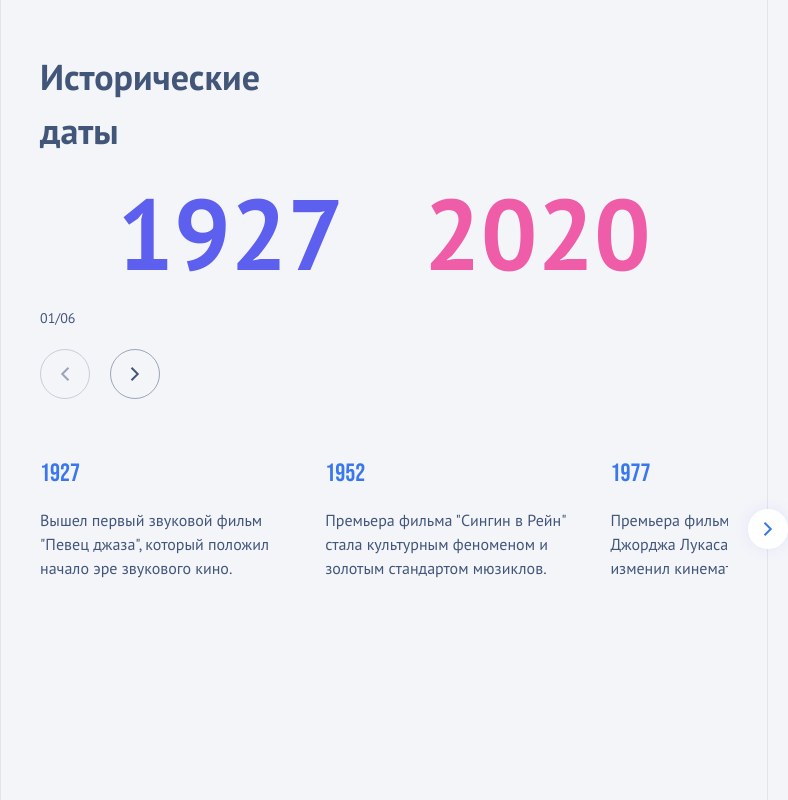
Repository: LenarTulupov/only
Page: /
These files come from the project's save history. The page is drawn as it stood at one moment and after the next save; the edit follows.
The browser window is 768 px wide. The page is 788 px wide, so the pictures cover 788 px, including what lies to the right of the window. The pictures show the whole page.
The project was rebuilt for these pictures with package versions that can differ from the ones it lists, and the page was loaded fresh each time.

Above is the page before, as saved 2024-12-19 02:11:05.

### public/index.html
<!DOCTYPE html>
<html lang="en">
  <head>
    <meta charset="utf-8" />
    <link rel="icon" href="%PUBLIC_URL%/favicon.ico" />
    <meta name="viewport" content="width=device-width, initial-scale=1" />
    <meta name="theme-color" content="#000000" />
    <meta
      name="description"
      content="Web site created using create-react-app"
    />
    <link rel="apple-touch-icon" href="%PUBLIC_URL%/logo192.png" />
    <link rel="manifest" href="%PUBLIC_URL%/manifest.json" />
    <title>Only Test</title>
  </head>
  <body>
    <noscript>You need to enable JavaScript to run this app.</noscript>
    <div id="root"></div>
  </body>
</html>

### src/index.tsx
import React from 'react';
import ReactDOM from 'react-dom/client';
import Router from './router/router';
import './globals.scss'

const root = ReactDOM.createRoot(
  document.getElementById('root') as HTMLElement
);
root.render(
  <React.StrictMode>
    <Router />
  </React.StrictMode>
);

### src/router/router.tsx
import { BrowserRouter, Route, Routes } from "react-router-dom";
import HomePage from "../pages/home/page";
import PagesLayout from "../layouts/pages-layout";

export default function Router() {
  return (
    <BrowserRouter>
      <Routes>
        <Route element={<PagesLayout />}>
          <Route path="/" element={<HomePage />} />
        </Route>
      </Routes>
    </BrowserRouter>
  )
};

### src/globals.scss
@import url('https://fonts.googleapis.com/css2?family=Bebas+Neue&family=PT+Sans:wght@400;700&display=swap');

:root {
  --background-color: #F4F5F9;
  --main-color: #42567a;
  --main-color-rgba: rgba(66, 86, 122, 0.5);
  --accent-color: #5D5FEF;
  --light-accent-color: #3877EE;
  --accent-second: #EF5DA8;
  --font-main: "PT Sans", serif;
  --font-second: "Bebas Neue", serif;
  --line-height: 150%;
  --font-size-main: 56px;
  --font-size-small: 14px;
  --font-size-big: 200px;
}
body {
  margin: 0;
  padding: 0;
  background-color: var(--background-color);
  color: var(--black-color);
  font-family: var(--font-main);
  line-height: var(--line-height);
}
ul {
  padding: 0;
  margin: 0;
}

li {
  list-style-type: none;
}

a {
  color: var(--black-color);
  text-decoration: none;
}

h1 {
  margin: 0;
}

### src/pages/home/page.tsx
import Container from "../../components/ui/container/container";
import Divider from "../../components/ui/divider/divider";
import HistorySection from "./history/history";
import styles from './page.module.scss';

export default function HomePage() {
  return (
    <div className={styles['home-page']}>
      <Container>
        <div className={styles['home-page__wrapper']}>
          <Divider
            position="vertical"
            className={styles.divider_vertical}
          />
          <HistorySection />
        </div>
      </Container>
    </div>
  )
};

### src/layouts/pages-layout.tsx
import { Outlet } from 'react-router-dom';
import styles from './pages-layout.module.scss';

export default function PagesLayout() {
  return (
    <div className={styles['pages-layout']}>
      <Outlet />
    </div>
  )
};

### src/components/ui/container/container.tsx
import { ReactNode } from "react"
import styles from './container.module.scss';

interface IContainer {
  children: ReactNode;
}

export default function Container({ children }: IContainer) {
  return (
    <div className={styles.container}>
      {children}
    </div>
  )
};

### src/components/ui/divider/divider.tsx
import styles from './divider.module.scss';

interface IDivider {
  position?: 'horizontal' | 'vertical';
  className?: string;
}

export default function Divider({
  position = 'horizontal', className }: IDivider) {
  return <div className={`
    ${styles.divider}
    ${styles[`divider_${position}`]}
    ${className || ''}
  `}/>
};

### src/pages/home/history/history.tsx
import { useState } from "react";
import Title from "../../../components/ui/title/title";
import { circleItems } from "../../../constants/circle-items";
import Circle from "./circle/circle";
import styles from './history.module.scss';
import StepNavigation from "./step-navigation/step-navigation";
import ContentContainer from "../../../components/ui/content-container/content-container";
import Divider from "../../../components/ui/divider/divider";
import Dates from "./dates/dates";
import HistorySlider from "./history-slider/history-slider";

export default function HistorySection() {
  const [activeButton, setActiveButton] = useState<number>(1);
  const activeCategory = circleItems.find((item) => item.id === activeButton);
  const firstDate = activeCategory?.events[0]?.year;
  const lastDate = activeCategory?.events.at(-1)?.year;
  return (
    <section className={styles.history}>
      <Title className={styles.history__title} showBefore>
        Исторические даты
      </Title>
      <div className={styles['history__circle-wrapper']}>
        <Circle
          className={styles.history__circle}
          activeButton={activeButton}
          setActiveButton={setActiveButton}
        />
        <Divider
          position="horizontal"
          className={styles['history__line-center']}
        />
        <Dates
          className={styles.history__dates}
          firstDate={firstDate}
          lastDate={lastDate}
        />
      </div>
      <ContentContainer>
        <StepNavigation
          activeButton={activeButton}
          setActiveButton={setActiveButton}
        />
        <HistorySlider
          activeCategory={activeCategory}
        />
      </ContentContainer>
    </section>
  )
};

### src/pages/home/page.module.scss
.home-page {
  &__wrapper {
    position: relative;
    min-height: 100vh;
    .divider_vertical {
      position: absolute;
      top: 0;
      left: 50%;
      transform: translateX(-50%);
      z-index: -10;
    }
  }

  &__wrapper::before {
    content: "";
    position: absolute;
    top: 0;
    bottom: 0;
    left: 0;
    width: 1px;
    background-color: var(--main-color);
    opacity: 0.1;
  }

  &__wrapper::after {
    content: "";
    position: absolute;
    top: 0;
    bottom: 0;
    right: 0;
    width: 1px;
    background-color: var(--main-color);
    opacity: 0.1;
  }
}
@media(max-width: 768px) {
  .divider_vertical {
    display: none;
  }
}

### src/components/ui/container/container.module.scss
.container {
  max-width: 1440px;
  margin: 0 auto;
}

### src/components/ui/divider/divider.module.scss
.divider {
  background-color: var(--main-color);
  opacity: 0.1;
  &_horizontal {
    width: 100%;
    height: 1px;
  }
  &_vertical {
    width: 1px;
    height: 100%;
  }
}

### src/components/ui/title/title.tsx
import { ReactNode } from 'react';
import styles from './title.module.scss';

interface ITitle {
  children: ReactNode;
  className?: string;
  color?: 'main' | 'blue' | 'light-blue' | 'pink';
  size?: 'main' | 'small'| 'big';
  showBefore?: boolean;
}

export default function Title({
  children,
  className,
  color = 'main',
  size = 'main',
  showBefore = false }: ITitle) {
  return (
    <h1
      className={`
        ${styles.title}
        ${className || ''}
        ${styles[`title__color-${color}`]}
        ${styles[`title__size-${size}`]}
        ${showBefore ? styles['title_before'] : ''}
      `}>
      {children}
    </h1>
  )
};

### src/pages/home/history/circle/circle.tsx
import { useEffect, useRef, Dispatch, SetStateAction } from 'react';
import { gsap } from 'gsap';
import { circleItems } from '../../../../constants/circle-items';
import styles from './circle.module.scss';

interface ICircle {
  className?: string;
  activeButton: number;
  setActiveButton: Dispatch<SetStateAction<number>>;
}

export default function Circle({
  className,
  activeButton,
  setActiveButton }: ICircle) {
  const circleRef = useRef<HTMLDivElement>(null);
  const buttonsRef = useRef<HTMLDivElement[]>([]);

  const handleActiveButton = (btnId: number) => {
    setActiveButton(btnId);
  };

  useEffect(() => {
    const rotationAngle = (1 - activeButton) * 60;
    gsap.to(circleRef.current, {
      rotate: rotationAngle,
      duration: 0.5,
      ease: 'power2.out',
    });

    buttonsRef.current.forEach((btn) => {
      let buttonRotation = 0;

      switch (activeButton) {
        case 2:
          buttonRotation = 60;
          break;
        case 3:
          buttonRotation = 120;
          break;
        case 4:
          buttonRotation = 180;
          break;
        case 5:
          buttonRotation = 240;
          break;
        case 6:
          buttonRotation = 300;
          break;
        default:
          buttonRotation = 0;
          break;
      }

      gsap.to(btn, {
        rotate: buttonRotation,
        duration: 0.5,
        ease: 'power2.out',
      });
    });
  }, [activeButton]);

  return (
    <div ref={circleRef} className={`${styles.circle} ${className || ''}`}>
      {circleItems.map((item, index) => {
        const btnId = index + 1;
        return (
          <div
            key={btnId}
            ref={(el) => (buttonsRef.current[index] = el!)}
            className={`
                ${styles[`circle__btn-${btnId}`]}
                ${styles.circle__btn}
                ${activeButton === btnId ? styles.active : ''}
              `}
            onClick={() => handleActiveButton(btnId)}
          >
            {btnId}
            <span
              className={`
                  ${styles['sub-title']}
                  ${activeButton === btnId ? styles.active : ''}
                `}
            >
              {item.category}
            </span>
          </div>
        );
      })}
    </div>
  );
}

### src/pages/home/history/history.module.scss
.history {
  padding: 50px 0;
  &__title {
    padding-left: 78px;
    width: 353px;
  }
  &__circle-wrapper {
    position: relative;
  }
  &__circle {
    margin: 0 auto;
  }
  &__line-center {
    position: absolute;
    top: 50%;
    left: 0;
    transform: translateY(-50%);
    z-index: -10;
  }
}
@media (max-width: 1100px) {
  .history__dates {
    font-size: 150px;
    gap: 190px !important;
  }
}
@media (max-width: 992px) {
  .history {
    &__title {
      font-size: 46px;
      padding-left: 40px;
    }
  }
}
@media (max-width: 900px) {
  .history__dates {
    font-size: 120px;
  }
}
@media (max-width: 768px) {
  .history {
    &__title {
      font-size: 36px;
      width: 230px;
    }
    &__circle {
      display: none;
    }
    // &__circle-wrapper {
    //   margin-top: 100px;
    // }
    &__dates {
      justify-content: center;
      font-size: 100px;
      position: static !important;
      gap: 80px !important;
      transform: translate(0) !important;
      text-align: center;
    }
    &__line-center {
      display: none;
    }
  }
}

### src/pages/home/history/step-navigation/step-navigation.tsx
import { Dispatch, SetStateAction } from "react";
import NavigationButtons from "./navigation-buttons/navigation-buttons";
import SliderStep from "./slider-step/slider-step";
import styles from './step-navigation.module.scss';

interface IStepNavigation {
  className?: string;
  activeButton: number;
  setActiveButton: Dispatch<SetStateAction<number>>;
}

export default function StepNavigation({
  className,
  activeButton,
  setActiveButton }: IStepNavigation) {

    const handleNext = () => {
      setActiveButton((p) => (p < 6 ? p + 1 : 1));
    };

    const handlePrev = () => {
      setActiveButton((p) => (p > 1 ? p - 1 : 6));
    };

    return (
      <div className={`${styles['step-navigation']} ${className || ''}`}>
        <SliderStep activeButton={activeButton} />
        <NavigationButtons
          handleNext={handleNext}
          handlePrev={handlePrev}
          isBeginning={activeButton === 1}
          isEnd={activeButton === 6}
        />
      </div>
    );
};

### src/components/ui/content-container/content-container.tsx
import { ReactNode } from 'react';
import styles from './content-container.module.scss';

interface IContentContainer {
  children: ReactNode;
  className?: string;
}

export default function ContentContainer({
  children, className }: IContentContainer) {
  return (
    <div className={`${styles['content-container']} ${className || ''}`}>
      {children}
    </div>
  )
};

### src/pages/home/history/dates/dates.tsx
import { useEffect, useState } from 'react';
import Title from '../../../../components/ui/title/title';
import styles from './dates.module.scss';

interface IDates {
  className?: string;
  firstDate: string;
  lastDate: string;
}

export default function Dates({ className, firstDate, lastDate }: IDates) {
  const [currentFirstDate, setCurrentFirstDate] = useState(Number(firstDate));
  const [currentLastDate, setCurrentLastDate] = useState(Number(lastDate));

  useEffect(() => {
    const animateNumber = (
      from: number,
      to: number,
      setNumber: React.Dispatch<React.SetStateAction<number>>
    ) => {
      const stepTime = 20;
      const steps = 50;
      const delta = (to - from) / steps;

      let currentStep = 0;
      const interval = setInterval(() => {
        currentStep += 1;
        const nextValue = from + delta * currentStep;
        setNumber(Math.round(nextValue));

        if (currentStep >= steps) {
          clearInterval(interval);
          setNumber(to);
        }
      }, stepTime);
    };

    animateNumber(Number(currentFirstDate), Number(firstDate), setCurrentFirstDate);
    animateNumber(Number(currentLastDate), Number(lastDate), setCurrentLastDate);
  }, [firstDate, lastDate]);
  return (
    <div className={`${styles.dates} ${className || ''}`}>
      <Title className={className} color='blue' size='big'>{currentFirstDate}</Title>
      <Title className={className} color='pink' size='big'>{currentLastDate}</Title>
    </div>
  )
};

### src/pages/home/history/history-slider/history-slider.tsx
import { useEffect, useRef, useState } from "react";
import { Swiper, SwiperClass, SwiperSlide } from "swiper/react";
import { Navigation } from "swiper/modules";
import { IHistorySlider } from "../../../../types/history-slider.interface";
import SliderContent from "./slider-content/slider-content";
import ArrowButton from "../../../../components/ui/arrow-button/arrow-button";
import "swiper/css";
import "swiper/css/navigation";
import styles from "./history-slider.module.scss";

export default function HistorySlider({ className, activeCategory }: IHistorySlider) {
  const [prevCategory, setPrevCategory] = useState(activeCategory);
  const [isBeginning, setIsBeginning] = useState(true);
  const [isEnd, setIsEnd] = useState(false);
  const containerRef = useRef<HTMLDivElement | null>(null);
  const prevRef = useRef<HTMLDivElement | null>(null);
  const nextRef = useRef<HTMLDivElement | null>(null);
  const swiperRef = useRef<SwiperClass | null>(null);

  useEffect(() => {
    if (prevCategory?.id !== activeCategory?.id) {
      if (containerRef.current) {
        containerRef.current.classList.add(styles["fade-out"]);

        setTimeout(() => {
          if (containerRef.current) {
            containerRef.current.classList.remove(styles["fade-out"]);
            setPrevCategory(activeCategory);
            containerRef.current.classList.add(styles["fade-in"]);

            setTimeout(() => {
              if (containerRef.current) {
                containerRef.current.classList.remove(styles["fade-in"]);
              }
            }, 500);
          }
        }, 500);
      }
    }
  }, [activeCategory, prevCategory]);

  useEffect(() => {
    if (swiperRef.current) {
      const { navigation } = swiperRef.current.params;

      if (navigation && typeof navigation !== 'boolean') {
        navigation.prevEl = prevRef.current;
        navigation.nextEl = nextRef.current;

        swiperRef.current.navigation.destroy();
        swiperRef.current.navigation.init();
        swiperRef.current.navigation.update();
      }

      setIsBeginning(swiperRef.current.isBeginning);
      setIsEnd(swiperRef.current.isEnd);

      swiperRef.current.on("slideChange", () => {
        setIsBeginning(swiperRef.current.isBeginning);
        setIsEnd(swiperRef.current.isEnd);
      });

      return () => {
        swiperRef.current?.off("slideChange");
      };
    }
  }, [activeCategory]);

  useEffect(() => {
    if (swiperRef.current) {
      swiperRef.current.slideTo(0, 0);
    }
  }, [activeCategory]);

  return (
    <div
      ref={containerRef}
      className={`${className || ""} ${styles["history-slider"]}`}
    >
      <Swiper
        spaceBetween={40}
        slidesPerView={1.5}
        modules={[Navigation]}
        onSwiper={(swiper) => {
          swiperRef.current = swiper;
        }}
        breakpoints={{
          1200: {
            spaceBetween: 80,
            slidesPerView: 3.5
          },
          768: {
            slidesPerView: 2.5,
            spaceBetween: 25
          },
        }}
      >
        {activeCategory?.events.map((event) => (
          <SwiperSlide key={event.id}>
            <SliderContent year={event.year} text={event.title} />
          </SwiperSlide>
        ))}
      </Swiper>

      {!isBeginning && (
        <div ref={prevRef} className={styles.prev}>
          <ArrowButton
            onClick={() => swiperRef.current?.slidePrev()}
            slider
            disabled={isBeginning}
          />
        </div>
      )}
      {!isEnd && (
        <div ref={nextRef} className={styles.next}>
          <ArrowButton
            rotation="right"
            onClick={() => swiperRef.current?.slideNext()}
            slider
            disabled={isEnd}
          />
        </div>
      )}
    </div>
  );
}

### src/components/ui/title/title.module.scss
.title {
  line-height: 150%;
  position: relative;
  &::before {
    content: "";
    position: absolute;
    top: 50%;
    transform: translateY(-50%);
    left: 0;
    height: 120px;
    width: 6px;
    background: linear-gradient(to bottom, var(--accent-color) 0%, var(--accent-second) 100%);
    visibility: hidden;
  }
  &.title_before::before {
    visibility: visible;
    @media(max-width: 768px) {
      visibility: hidden;
    }
  }
  &__color-main {
    color: var(--main-color);
  }

  &__color-blue {
    color: var(--accent-color);
  }
  &__color-light-blue {
    color: var(--light-accent-color);
  }

  &__color-pink {
    color: var(--accent-second);
  }

  &__size-main {
    font-size: var(--font-size-main);
  }
  &__size-small {
    font-size: var(--font-size-small);
  }

  &__size-big {
    font-size: var(--font-size-big);
  }
}

### src/pages/home/history/circle/circle.module.scss
.circle {
  position: relative;
  width: 530px;
  height: 530px;
  border: 1px solid rgba(66, 86, 122, 0.1);
  border-radius: 100%;
  display: flex;
  justify-content: center;
  align-items: center;
  transform-origin: center;
}

.circle__btn {
  position: absolute;
  display: flex;
  align-items: center;
  justify-content: center;
  width: 6px;
  height: 6px;
  border: none;
  background-color: var(--main-color);
  border-radius: 100%;
  color: var(--main-color);
  line-height: 30px;
  font-size: 0;
  cursor: pointer;
  transition: width 0.3s ease-in-out, height 0.3s ease-in-out, font-size 0.3s ease-in-out;
}

.circle__btn::before {
  content: "";
  position: absolute;
  top: 50%;
  left: 50%;
  transform: translate(-50%, -50%);
  width: 25px;
  height: 25px;
  border-radius: 100%;
  background: transparent;
}

.sub-title {
  position: absolute;
  top: 50%;
  left: 0;
  transform: translateY(-50%);
  margin-left: 76px;
  font-weight: bold;
  opacity: 0;
  transition: opacity 0.3s ease-in-out;
}

.sub-title.active {
  opacity: 1;
}

.circle__btn:hover,
.circle__btn.active {
  width: 56px;
  height: 56px;
  font-size: 16px;
  background-color: #f4f5f9;
  outline: 1px solid rgba(48, 62, 88, 0.5);
}

.circle__btn-1 {
  transform: rotate(300deg) translateX(265px) rotate(-300deg);
}
.circle__btn-2 {
  transform: rotate(0deg) translateX(265px) rotate(0deg);
}
.circle__btn-3 {
  transform: rotate(60deg) translateX(265px) rotate(-60deg);
}
.circle__btn-4 {
  transform: rotate(120deg) translateX(265px) rotate(-120deg);
}
.circle__btn-5 {
  transform: rotate(180deg) translateX(265px) rotate(-180deg);
}
.circle__btn-6 {
  transform: rotate(240deg) translateX(265px) rotate(-240deg);
}

### src/pages/home/history/step-navigation/navigation-buttons/navigation-buttons.tsx
import ArrowButton from '../../../../../components/ui/arrow-button/arrow-button';
import styles from './navigation-buttons.module.scss';

interface INavigationButtons {
  handleNext: () => void;
  handlePrev: () => void;
  isBeginning: boolean;
  isEnd: boolean;
}

export default function NavigationButtons({
  handleNext,
  handlePrev,
  isBeginning,
  isEnd }: INavigationButtons) {
  return (
    <div className={styles['navigation-buttons']}>
      <ArrowButton
        onClick={handlePrev}
        disabled={isBeginning}
      />
      <ArrowButton
        rotation='right'
        onClick={handleNext}
        disabled={isEnd}
      />
    </div>
  );
};

### src/pages/home/history/step-navigation/slider-step/slider-step.tsx
import Title from "../../../../../components/ui/title/title";
import styles from './slider-step.module.scss';

interface ISliderStep {
  activeButton: number;
}

export default function SliderStep({ activeButton }: ISliderStep) {
  return <Title size="small" className={styles.font}>0{activeButton}/06</Title>
};

### src/pages/home/history/step-navigation/step-navigation.module.scss
.step-navigation {
  display: flex;
  flex-direction: column;
  row-gap: 20px;
}

### src/components/ui/content-container/content-container.module.scss
.content-container {
  max-width: 1440px;
  margin: 0 auto;
  padding: 0 80px;
  @media(max-width: 768px) {
    padding: 0 40px;
  }
}

### src/pages/home/history/dates/dates.module.scss
.dates {
  position: absolute;
  top: 50%;
  left: 50%;
  transform: translate(-50%, -50%);
  display: flex;
  gap: 80px;
  z-index: -1;
}

### src/pages/home/history/history-slider/slider-content/slider-content.tsx
import Text from "../../../../../components/ui/text/text";
import Title from "../../../../../components/ui/title/title";
import styles from './slider-content.module.scss';

interface ISliderContent {
  year: string;
  text: string;
}

export default function SliderContent({ year, text }: ISliderContent) {
  return (
    <div className={styles['slider-content']}>
      <Title
        size="small"
        color="light-blue"
        className={styles['slider-content__title']}
      >
        {year}
      </Title>
      <Text text={text} />
    </div>
  )
};

### src/components/ui/arrow-button/arrow-button.tsx
import styles from './arrow-button.module.scss';

interface IArrowButton {
  rotation?: 'left' | 'right'
  onClick?: () => void;
  slider?: boolean;
  disabled?: boolean;
  className?: string;
}

export default function ArrowButton({
  rotation,
  onClick,
  slider = false,
  disabled = false,
  className}: IArrowButton) {
  return (
    <button
      className={`
        ${styles['arrow-button']}
        ${styles[rotation]}
        ${slider ? styles['arrow-button_slider'] : ''}
        ${className || ''}
        ${disabled ? styles.disabled : ''}
      `}
      onClick={onClick}
      disabled={disabled}
    >
      <svg width="10" height="14" viewBox="0 0 10 14" fill="none" xmlns="http://www.w3.org/2000/svg">
        <path d="M8.49988 0.750001L2.24988 7L8.49988 13.25" stroke="#42567A" stroke-width="2" />
      </svg>
    </button>
  )
};

### src/pages/home/history/history-slider/history-slider.module.scss
.history-slider {
  position: relative;
  margin-top: 56px;
}
.next {
  position: absolute;
  top: 50%;
  transform: translateY(-50%);
  right: -60px;
  z-index: 10;
}
.prev {
  position: absolute;
  top: 50%;
  transform: translateY(-50%);
  left: -60px;
  z-index: 10;
}

.fade-out {
  opacity: 0;
  transition: opacity 0.5s ease;
}
.fade-in {
  opacity: 1;
  transition: opacity 0.5s ease;
}

### src/pages/home/history/step-navigation/navigation-buttons/navigation-buttons.module.scss
.navigation-buttons {
  display: flex;
  column-gap: 20px;
}
.disabled {
  opacity: .5;
  cursor: auto;
}

### src/pages/home/history/step-navigation/slider-step/slider-step.module.scss
.font {
  font-weight: 400;
}

### src/components/ui/text/text.tsx
import styles from './text.module.scss';

interface IText {
  text: string;
}

export default function Text({ text }: IText) {
  return (
    <div className={styles.text}>
        { text }
    </div>
  )
};

### src/pages/home/history/history-slider/slider-content/slider-content.module.scss
.slider-content {
  display: flex;
  flex-direction: column;
  row-gap: 15px;
  cursor: grabbing;
  &__title {
    font-family: var(--font-second);
    font-weight: 400;
    font-size: 25px;
  }
}

### src/components/ui/arrow-button/arrow-button.module.scss
.arrow-button {
  width: 50px;
  height: 50px;
  display: flex;
  align-items: center;
  justify-content: center;
  border: 1px solid var(--main-color-rgba);
  background-color: transparent;
  border-radius: 100%;
  cursor: pointer;
}
.arrow-button_slider {
  width: 40px;
  height: 40px;
  background-color: #fff;
  border: none;
  box-shadow: 0 0 15px 0 rgba(56, 119, 238, 0.1);
  svg path {
    stroke: var(--light-accent-color);
  }
}
.left {
  transform: rotate(0deg);
}
.right {
  transform: rotate(180deg);
}
.disabled {
  opacity: .5;
  cursor: auto;
}

### src/components/ui/text/text.module.scss
.text {
  color: var(--main-color);
}

Loaded but not shown: src/constants/circle-items.ts (122 lines, source omitted); src/layouts/pages-layout.module.scss (no stored copy; drawn as an empty file)

After the next save:
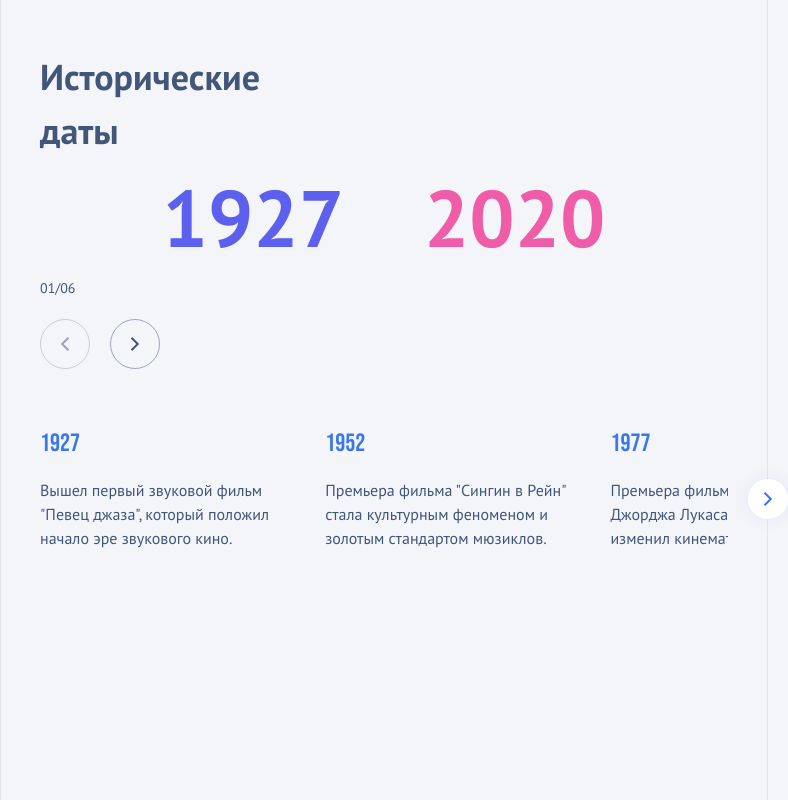
Saved 34 s later.
--- a/src/pages/home/history/history.module.scss
+++ b/src/pages/home/history/history.module.scss
@@ -51,7 +51,7 @@
     // }
     &__dates {
       justify-content: center;
-      font-size: 100px;
+      font-size: 80px;
       position: static !important;
       gap: 80px !important;
       transform: translate(0) !important;
